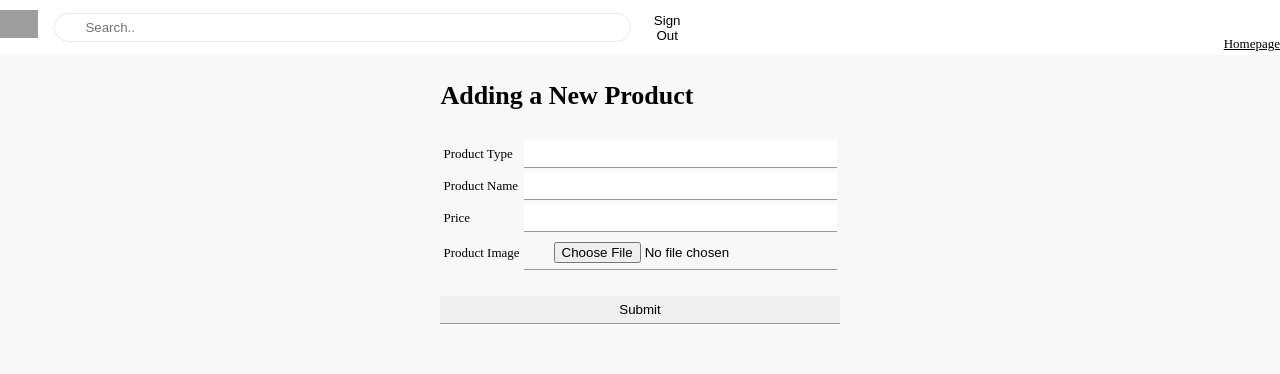
Repository: PhuongHuynh9987/Shopaholic-Ecommerce
Page: http://localhost/Shopaholic/WEB-INF/views/addnewproduct.jsp
An editor plug-in stored every save of this project. The page is shown before and after the next save, followed by the edit.
The browser window is 1280 px wide. The pictures show the whole page.
Pictures or frames that could not be fetched are drawn as grey boxes. The page is served by Tomcat 9. Nobody is signed in. Other server files are loaded and not shown. The template is opened directly, without the code that normally fills it, so the values that code supplies are empty.

Above is the page before, as saved 2024-01-29 20:52:00.

### Shopaholic/src/main/webapp/WEB-INF/views/addnewproduct.jsp
<%@ page language="java" contentType="text/html; charset=UTF-8"
    pageEncoding="UTF-8"%>


<!DOCTYPE html>
<%@page import="java.sql.*"%>
<%@ page import="java.io.*,java.util.*, javax.servlet.*"%>
<%@ page import="shopaholicjava.*"%>
<%@ page import = "javax.servlet.http.*" %>


<html>
<head>
<meta charset="UTF-8">
<!-- Favicon -->
<link rel = "icon" type = "image/x-icon" href = "asset/favicon.ico"/>
<!-- Font Awesome icons (free version) -->
<script src="https://use.fontawesome.com/releases/v5.15.4/js/all.js" crossorigin = "anonymous"></script>
<!--Google fonts  -->
<link href = "https://fonts.googleapis.com/css?family=Montserrat:400,700" rel="stylesheet" type = text/css />
<!-- Core theme CSS (bootstrap) -->
<link href = "style.css" rel="stylesheet"/>
<!-- <meta charset="ISO-8859-1"> -->
<title>Adding a New Product</title>
</head>
<body>
	<div class='body'>
		<div class='navbar'>
			<div class='logo'>
				<img src="images/logo.png" alt="logo">
			</div>
			<div class='searchbar'>
				<input type="text" placeholder="Search..">
			</div>

			<div>
				<form action="LogoutServlet">
					<input type = "hidden" name = "UserType" value = "Merchant">
					<button type="submit" class='signout'>Sign Out</button>
				</form>
			</div>

			<div class='homepage'>
				<a href="MerchantServlet">Homepage</a>
			</div>
		</div>

		<div>
			<h1>Adding a New Product</h1>
	        <form action="MerchantServlet" method="post" name="Form"  enctype = "multipart/form-data" onsubmit="return validateForm()">
	       		<input type="hidden" name="action" value="add">
				<table>
					<tr>
						<td>Product Type</td>
						<td><input type="text" name="productType" onkeypress="removeElert()"/></td>
					</tr>

					<tr>
						<td>Product Name</td>
						<td><input type="text" name="productName" onkeypress="removeElert()"/></td>
					</tr>
					<tr>
						<td>Price</td>
						<td><input type="text" name="price" onkeypress="removeElert()" /></td>
					</tr>

					<tr>
						<td>Product Image</td>
						<td><input type="file" name="imageFile" onkeypress="removeElert()"/></td>
					</tr>

				</table>
				<span class="emptyField">Please Fill In All Required Fields!</span>
				<input type="submit" value="Submit" />
			</form>
		</div>
	</div>

	<script  type="text/javascript">
	 	var emptyField = document.querySelector(".emptyField");

		function validateForm() {
		    var a = document.forms["Form"]["productType"].value;
		    var b = document.forms["Form"]["productName"].value;
		    var c = document.forms["Form"]["price"].value;
		    var d = document.forms["Form"]["imageFile"].value;

		    if ((a == null || a == "") || (b == null || b == "") || (c == null || c == "") || (d == null || d == "")) {
		    	emptyField.classList.add("active");
		    	return false;
		    }
		    else {
		    	return true;
		    }
		 }

		 function removeElert() {
			emptyField.classList.remove("active");
		 }

	</script>


</body>
</html>

### Shopaholic/src/main/webapp/style.css
@charset "UTF-8";

 /******** Global *********/
 input, select, textarea {
  outline: none;
/*   appearance: unset !important;
  -moz-appearance: unset !important;
  -webkit-appearance: unset !important;
  -o-appearance: unset !important;
  -ms-appearance: unset !important;  */
 }


html {
	box-sizing: border-box;
	margin: 0;
	padding:0;
	width:100%;
}

a{
  color : black;
  cursor: pointer;
}

button {
	 cursor: pointer;
}

figure {
  margin-bottom: 50px;
  text-align: center; }

body {
  font-size: 13px;
  line-height: 1.8;
/*   color: #222; */
  background: #f8f8f8;
  font-weight: 400;
  font-family: Poppins;
  margin: 0;
}

 input {
  width: 100%;
  display: block;
  border: none;
  border-bottom: 1px solid #999;
  padding: 6px 30px;
  box-sizing: border-box;

}

.main {
  padding: 50px 0;
}

hr {
	width:100%;
	text-align:left;
	margin-left:0;
 }


  /************ Nav Bar ************/
.navbar {
  display: flex;
  background: #fff;
  gap: 1rem;
  justify-content: center;
  align-items: center;
  width:100%;
 }

 .logo img {
 	width: 2.4rem;
 	margin:0;
 	padding:0;
 }

 .logo {
  overflow: fit-content;
 }

.searchbar {
  	width: 70%;
  }
.searchbar input {
  border-radius: 30px;
  border: 1px solid #e9e9e9;
 }

.cart, .signout {
	margin:0;
 	padding:0.3rem;
  	border:none;
  	background: #fff;
  	transition: 0.4s;
  }

.cart:hover,
.signout:hover {
  	background:#e9e9e9;
  	border-radius: 10px;
  	padding: 0.3rem;
}


  /******** Body for sign up and log in ******/
 .container {
 	display:flex;
 	flex-direction: column;
 	width: 900px;
 	background: #fff;
 	margin: 0 auto;
 	justify-content: center;
  	align-items:center;
 }

 .signin-content, .signup-content {
  display: flex;
  display: -webkit-flex;
  padding-top: 67px;
 }

.signin-image, .signup-image {
	width: 50%;
	overflow:hidden;
  	margin-top: 10px;
}

.signin-form {
  margin-right: 15rem;
  }

.signup-form {
   margin-left: 10rem;
 }

 #signin {
  margin-top: 16px;
 }

 .signin-image-link,
 .signup-image-link {
  font-size: 14px;
  color: #222;
  display: block;
  text-align: center;
  margin: rem 0;
 }

.form-button {
  text-align: center;
  }

.form-submit {
  display: inline-block;
  background: #6dabe4;
  color: #fff;
  border-bottom: none;
  width: auto;
  padding: 5px 39px;
  border-radius: 5px;
  -moz-border-radius: 5px;
  -webkit-border-radius: 5px;
  -o-border-radius: 5px;
  -ms-border-radius: 5px;
  margin-top: 25px;
  cursor: pointer; }

.form-submit:hover {
   background: #4292dc; }

.form-group {
	display: flex;
	justify-content: center;
  	align-items:center;
}

.toast-msg {
	opacity: 0;
	color: red;
	transition: 0.2s ease;
}

.toast-msg.active {
	opacity: 1;
}

/* #UserName:not(:placeholder-shown)#UserName:not(:focus)+label {
	border-color: #96c477
}
   */


  /*********** User home page **********/

.product-area {
   display: grid;
  	grid-template-columns: 2fr 2fr 2fr 2fr;
  	margin:4rem;
  	gap: 2rem;
  }

.product {
  	box-shadow: 8px 8px  15px #c7c7c7;
  	padding: 10px;
  	text-align: center;
  	background: #fff
  }

.product img {
  	width: 11rem;
  	height: 10rem;
  	overflow: hidden;
  }

.product-bottom {
  	display:flex;
  	justify-content: center;
  	align-items: center;
  	justify-content:space-between;
  	gap: 1.2rem;
  }

.buttons {
	display:flex;
	justify-content: center;
  	align-items: start;
}

.addToCart {
	color: #6f6f6f;
	border: 1.9px solid #e6e6e6;
	background: #fff;
	padding: 7px;
}

.viewItem {
	color: #9ae6bb;
	border: 1.9px solid #9ae6bb;
	background: #fff;
	padding: 7px;
}

 .shopping-cart {
	display:grid;
	width: 50%;
	background: #fff;
	padding: 0 1rem;
 }

 .shopping-cart .top {
 	display:flex;
 	justify-content: space-between;
 	align-items: center;
 }

 .shopping-cart .items {
 	display:flex;
 	justify-content: space-between;
 	margin-top: 2rem;
 }

.shopping-cart .items .right{
 	text-align: right;
 }

.items .image {
	display:flex;
	justify-content:center;
	align-items:center;
}

 .items img {
 	width: 8rem;
 }

 .cartCancel {
 	border:none;
 	background-color: #fff;
 	font-weight: bolder;
 	margin-bottom: 1.3rem;
 }



 /* View Product information */
  .product-info {
  	display: flex;
  	justify-content:center;
	align-items:center;
  	width: 50rem;
  	height: 30rem;
  	gap:2rem;
  	margin:0;
  }

  .product-detail {
  	height: 20rem;
  }


 .product-detail div {
  	display: flex;
  	justify-content:space-between;
	align-items:center;
  }

.product-info img {
    width: 20rem;
    height: 20rem;
    margin-top: 20px;
}


 .homepage {
	display: flex;
	justify-content: flex-end;
	/* align-items: center; */
	width: 70%;
	margin-top: 2rem;
}



  /* Review Section  */

 .review-section {
 	margin: 6rem 0;
 }


 .review-section input{
 	width: 40rem;
 	height: 5rem;
  }
  /************* Merchants ************/

.body {
  display: flex;
  flex-direction: column;
  justify-content: center;
  align-items:center;
  width: auto;
  }

.addProduct {
	padding: 0.7rem;
	margin-bottom: 2rem;
	background: #e85f60;
	color: #fff;
	border-radius: 10px;

}

.footer {
	display: flex;
	justify-content: space-between;
	margin-top: 0;
	margin-bottom: 3rem;
}

.emptyField {
	color: red;
	opacity: 0;
}

.emptyField.active {
	opacity: 1;
}

After the next save:
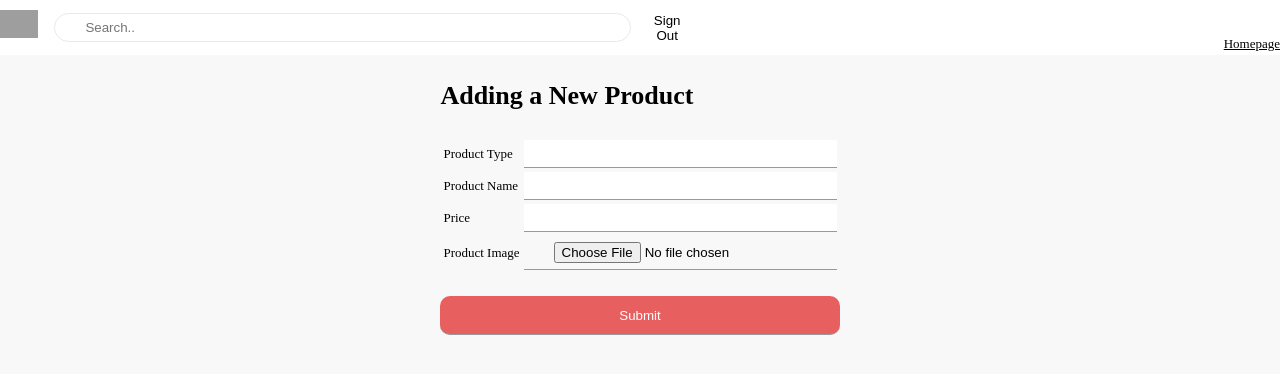
Saved 5 min 50 s later.
--- a/Shopaholic/src/main/webapp/WEB-INF/views/addnewproduct.jsp
+++ b/Shopaholic/src/main/webapp/WEB-INF/views/addnewproduct.jsp
@@ -71,7 +71,7 @@
 
 				</table>
 				<span class="emptyField">Please Fill In All Required Fields!</span>
-				<input type="submit" value="Submit" />
+				<input type="submit" value="Submit" class ="addProduct" />
 			</form>
 		</div>
 	</div>
